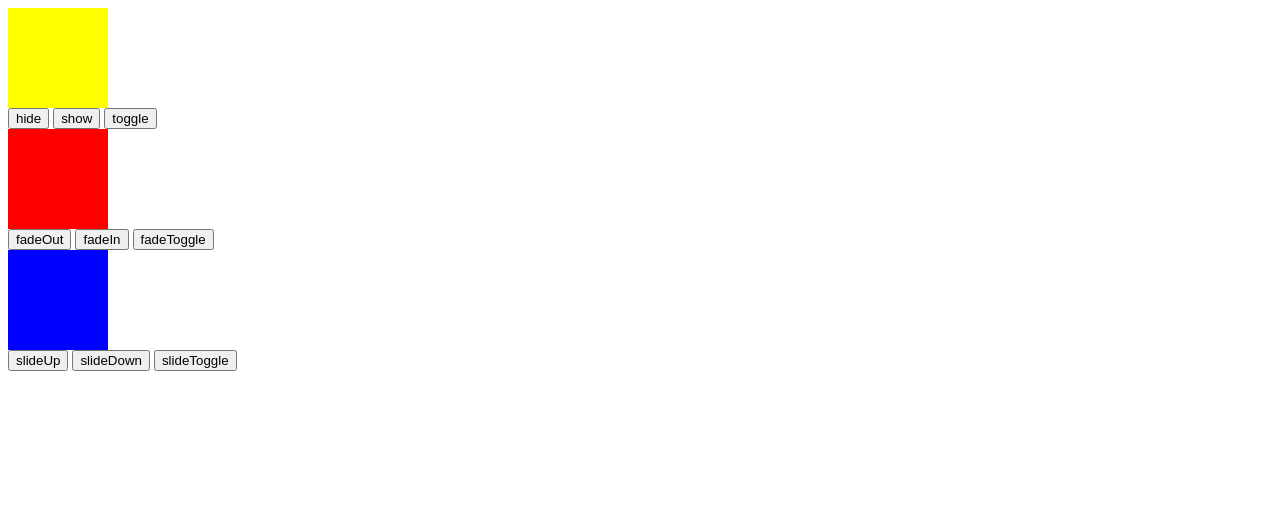
Repository: mjh1583/Hustar03_eGov
Page: http://localhost/JavaScript/js011.jsp
The author's editor kept a copy of each file at every save. The page is drawn from the files as they stood at one save, then again after the next save.
The browser window is 1280 px wide. The pictures show the whole page.
The page is served by Tomcat 9.

Above is the page before, as saved 2021-05-07 01:19:50.

After the next save:
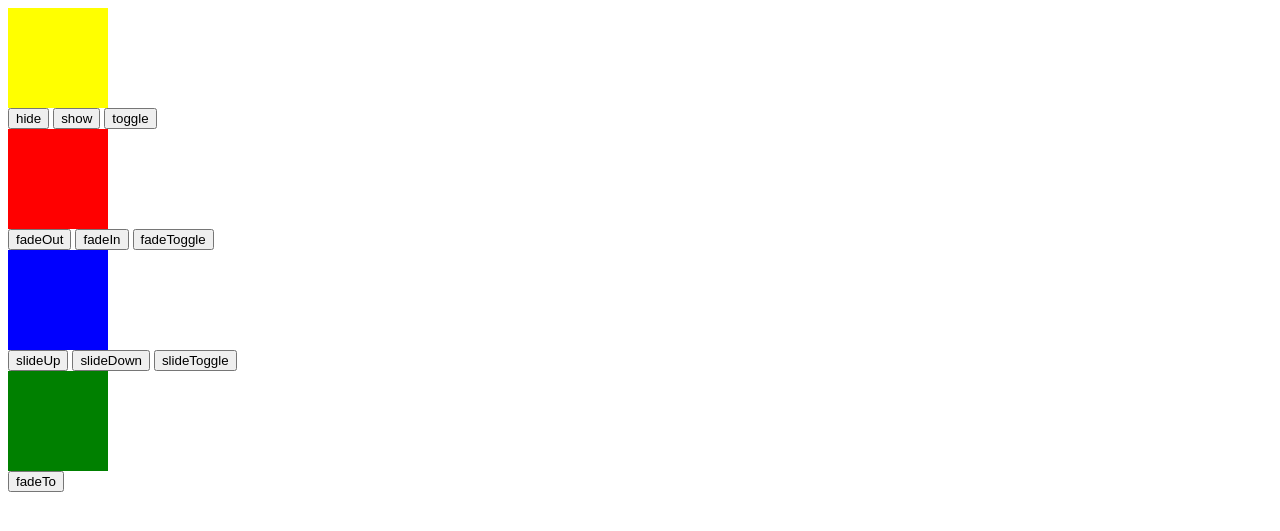
Saved 3 min 50 s later.
--- a/workspace/JavaScript/src/main/webapp/js011.jsp
+++ b/workspace/JavaScript/src/main/webapp/js011.jsp
@@ -26,6 +26,11 @@
 		<input type="button" id="btn3_1" value="slideUp"/>
 		<input type="button" id="btn3_2" value="slideDown"/>
 		<input type="button" id="btn3_3" value="slideToggle"/>
+	</div>
+
+	<div>
+		<div id="div4" style="width: 100px; height: 100px; background-color: green;"></div>
+		<input type="button" id="btn3_1" value="fadeTo"/>
 	</div>
 
 
